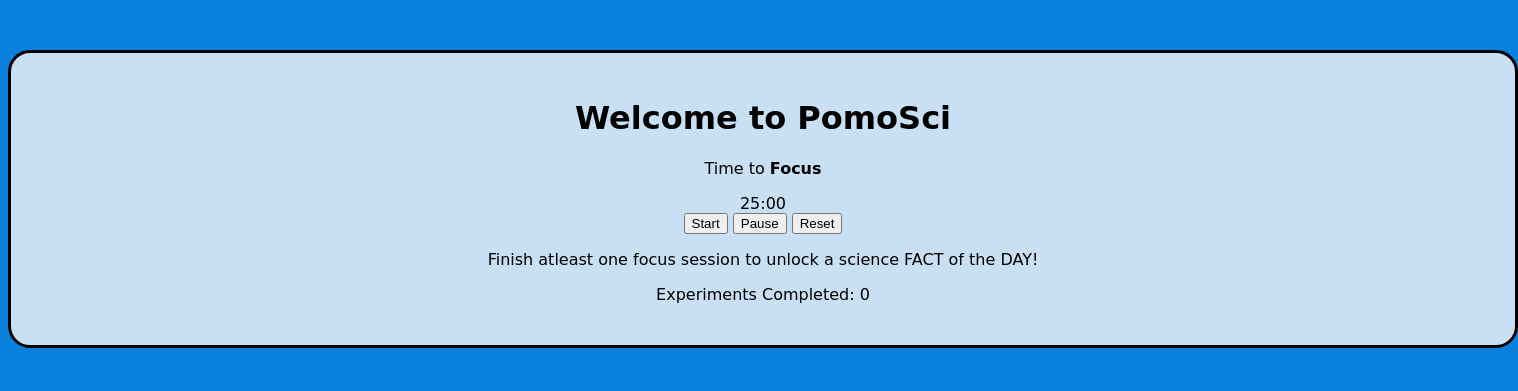
Repository: manayparikh1/Pomosci
Page: index.html
The author's editor kept a copy of each file at every save. The page is drawn from the files as they stood at one save, then again after the next save.
The browser window is 1280 px wide. The page is 1518 px wide, so the pictures cover 1518 px, including what lies to the right of the window. The pictures show the whole page.

Above is the page before, as saved 2026-11-13 13:17:11.

### index.html
<!DOCTYPE html>
<html lang="en">

<head>
    <meta charset="UTF-8">
    <meta name="viewport" content="width=device-width, initial-scale=1.0">
    <title><strong>PomoSci</strong></title>

    <head>

    <body>
        <!-- ======== HTML ======== -->
        <div class="lab_sci">
            <h1>Welcome to PomoSci</h1>
            <p id="mode">Time to <strong>Focus</strong></p>

            <div class="beaker is paused" id="beaker">
                <div id="liquid">
                    <span class="bubble"></span>
                    <span class="bubble"></span>
                    <span class="bubble"></span>
                    <span class="bubble"></span>
                </div>
            </div>
            <div id="time">25:00</div>
            <button onclick="start()">Start</button>
            <button onclick="pause()">Pause</button>
            <button onclick="reset()">Reset</button>

            <p id="fact">Finish atleast one focus session to unlock a science FACT of the DAY!</p>
            <p id="count">Experiments Completed: 0</p>

            <!-- ====Css--===-->

            <style>
                body {
                    font-family: Comic Sans MS, Comic Sans, cursive;
                    background-color: rgb(9, 128, 219);
                    text-align: center;
                }

                .lab_sci {
                    background-color: rgb(200, 223, 244);
                    width: 1454px;
                    margin: 50px auto;
                    padding: 25px;
                    border: 3px solid black;
                    border-radius: 22px;
                }

After the next save:
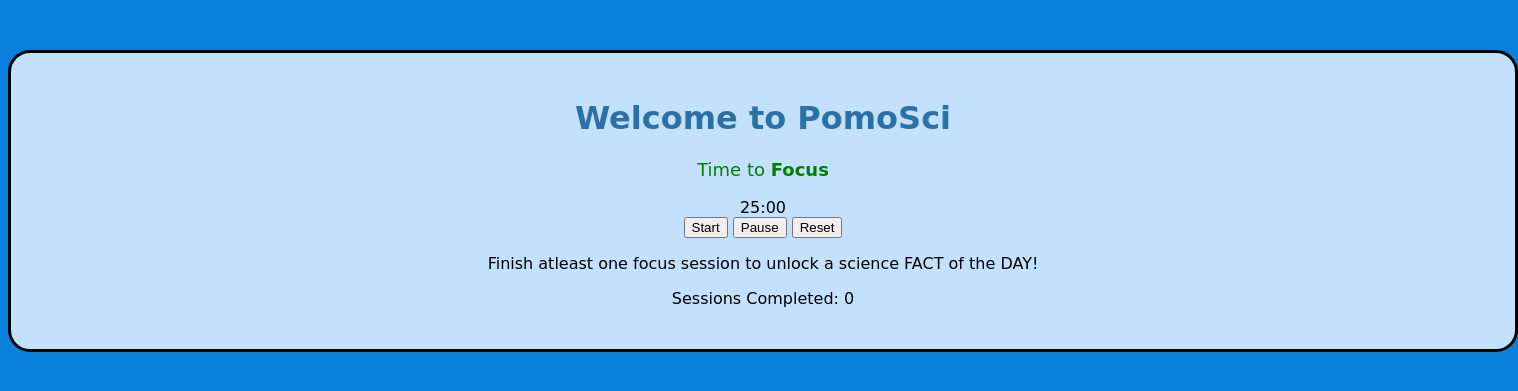
Saved 2 min 54 s later.
--- a/index.html
+++ b/index.html
@@ -28,7 +28,7 @@
             <button onclick="reset()">Reset</button>
 
             <p id="fact">Finish atleast one focus session to unlock a science FACT of the DAY!</p>
-            <p id="count">Experiments Completed: 0</p>
+            <p id="count">Sessions Completed: 0</p>
 
             <!-- ====Css--===-->
 
@@ -40,10 +40,19 @@
                 }
 
                 .lab_sci {
-                    background-color: rgb(200, 223, 244);
+                    background-color: rgb(195, 225, 253);
                     width: 1454px;
                     margin: 50px auto;
                     padding: 25px;
                     border: 3px solid black;
                     border-radius: 22px;
                 }
+
+                h1 {
+                    color: rgb(44, 113, 166);
+                }
+
+                #mode {
+                    color: green;
+                    font-size: 18px;
+                }
